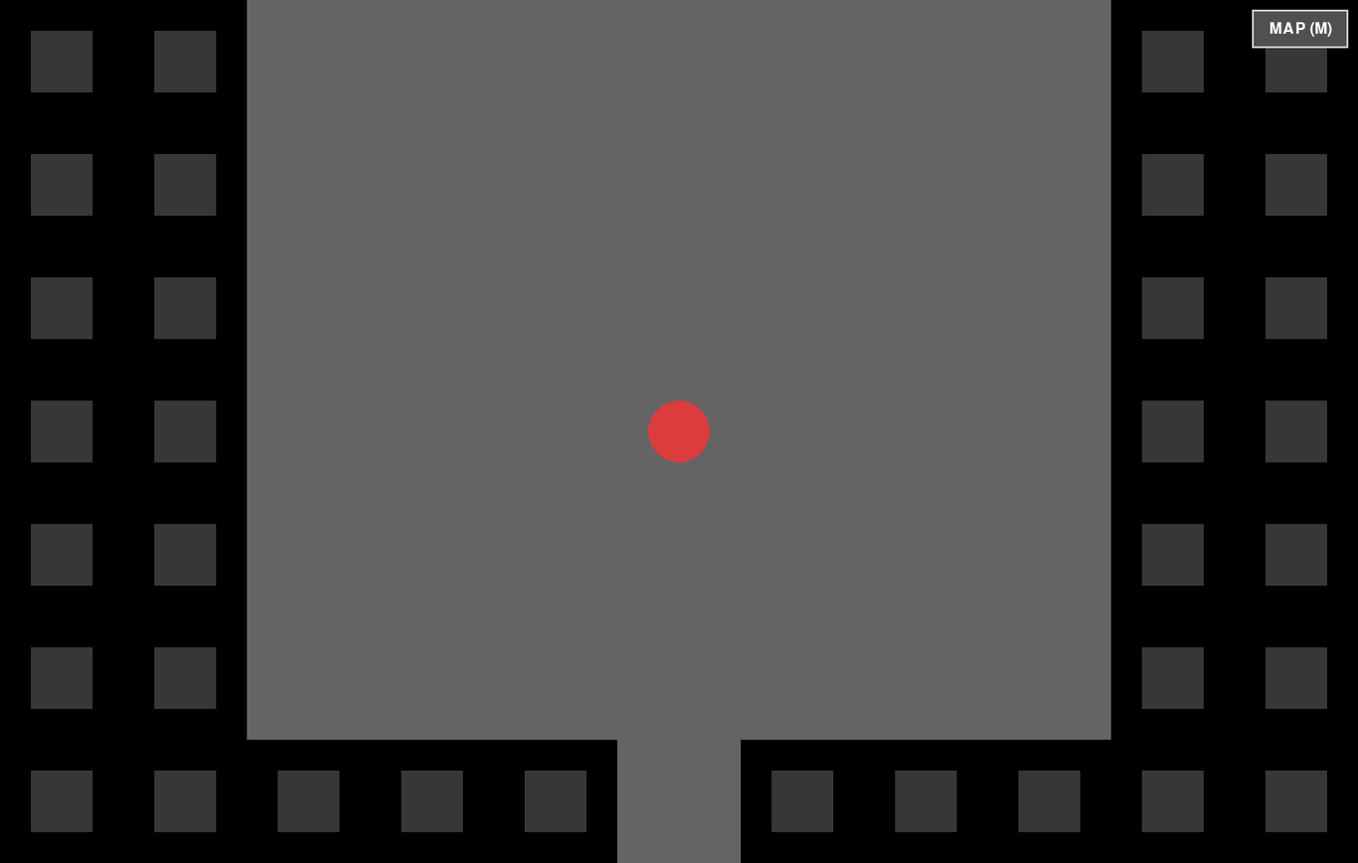
Repository: Nakib-Arman/Game-Jam-2026
Script's output: python main.py
An editor plug-in stored every save of this project. The script's output is shown before and after a run of saves, followed by the edit.
The pictures are shown at 97% of full size.
Figures wider than 1,400 px are first shrunk to that width. The window is shown after at most 60 frames with no key pressed. Random numbers start from a fixed seed.

Above is the script's output before, as saved 2026-01-24 21:46:26.

After the next 2 saves:
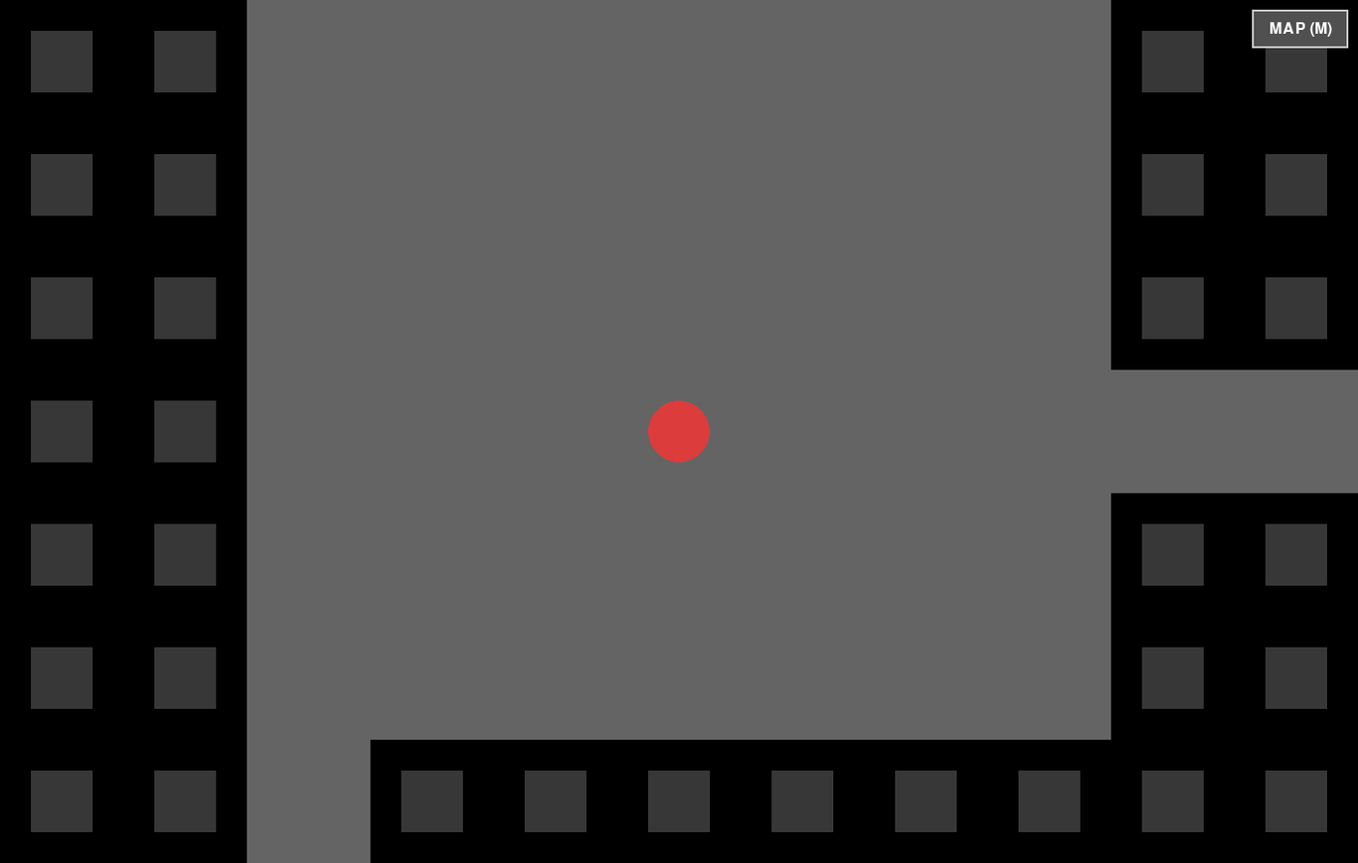
The 2 saves are shown as one change because they came seconds apart.
The last was saved 4 min 46 s later.
--- a/main.py
+++ b/main.py
@@ -6,8 +6,8 @@
 # CONFIGURATION
 # ======================
 
-WORLD_ROWS = 41
-WORLD_COLS = 41
+WORLD_ROWS = 100
+WORLD_COLS = 100
 
 VIEW_ROWS = 7
 VIEW_COLS = 11
